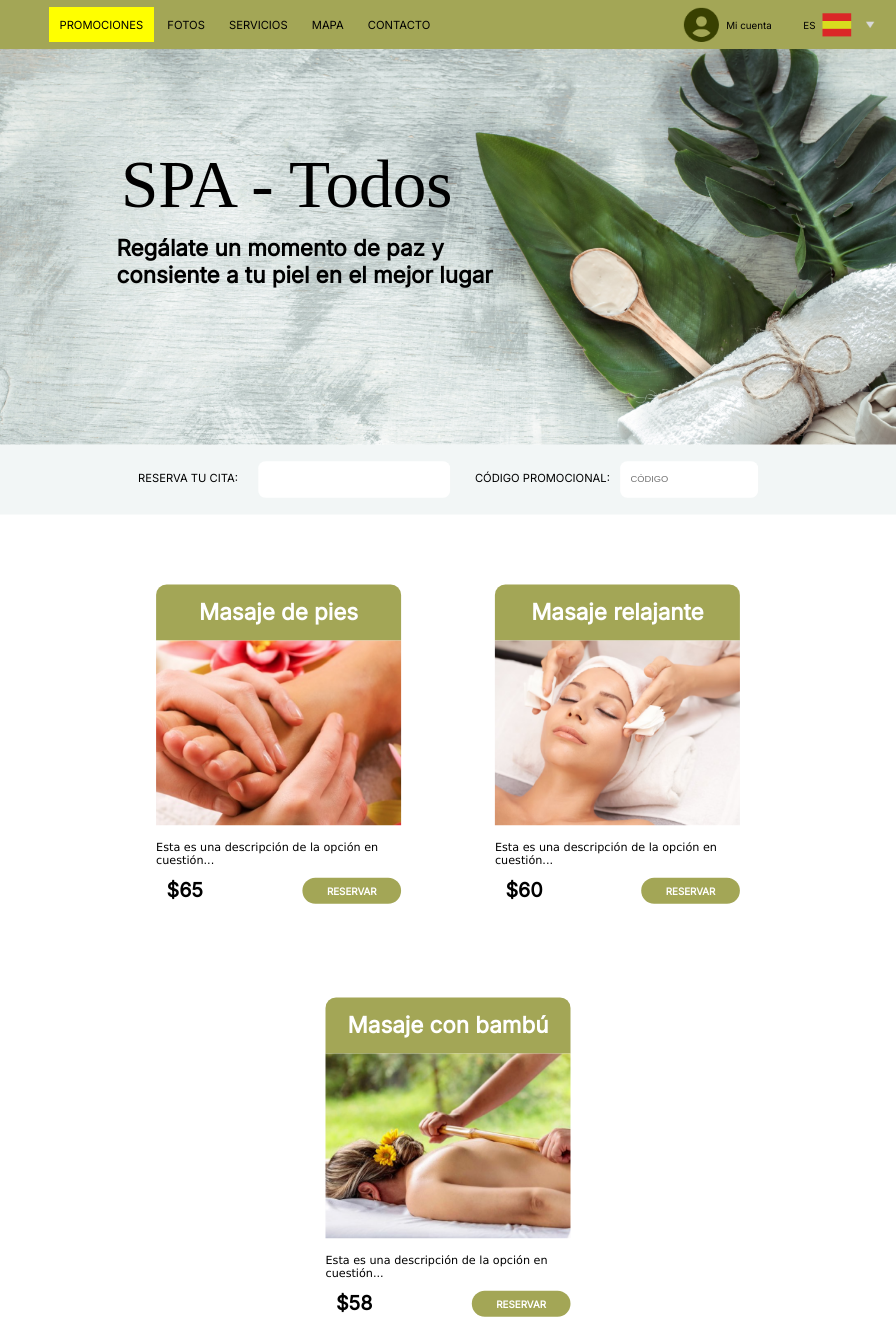
Repository: alexc492/Spa
Page: index.html
An editor plug-in stored every save of this project. The page is shown before and after the next save, followed by the edit.
The browser window is 1280 px wide. The pictures show the part of the page from y = 0 to 1920 px (the page is 2844 px tall), at 70% of full size.
The pointer rests on the first visible `nav ul li`.
Some web fonts or font styles are not loaded; a fallback is used.

Above is the page before, as saved 2025-05-27 04:07:20.

After the next save:
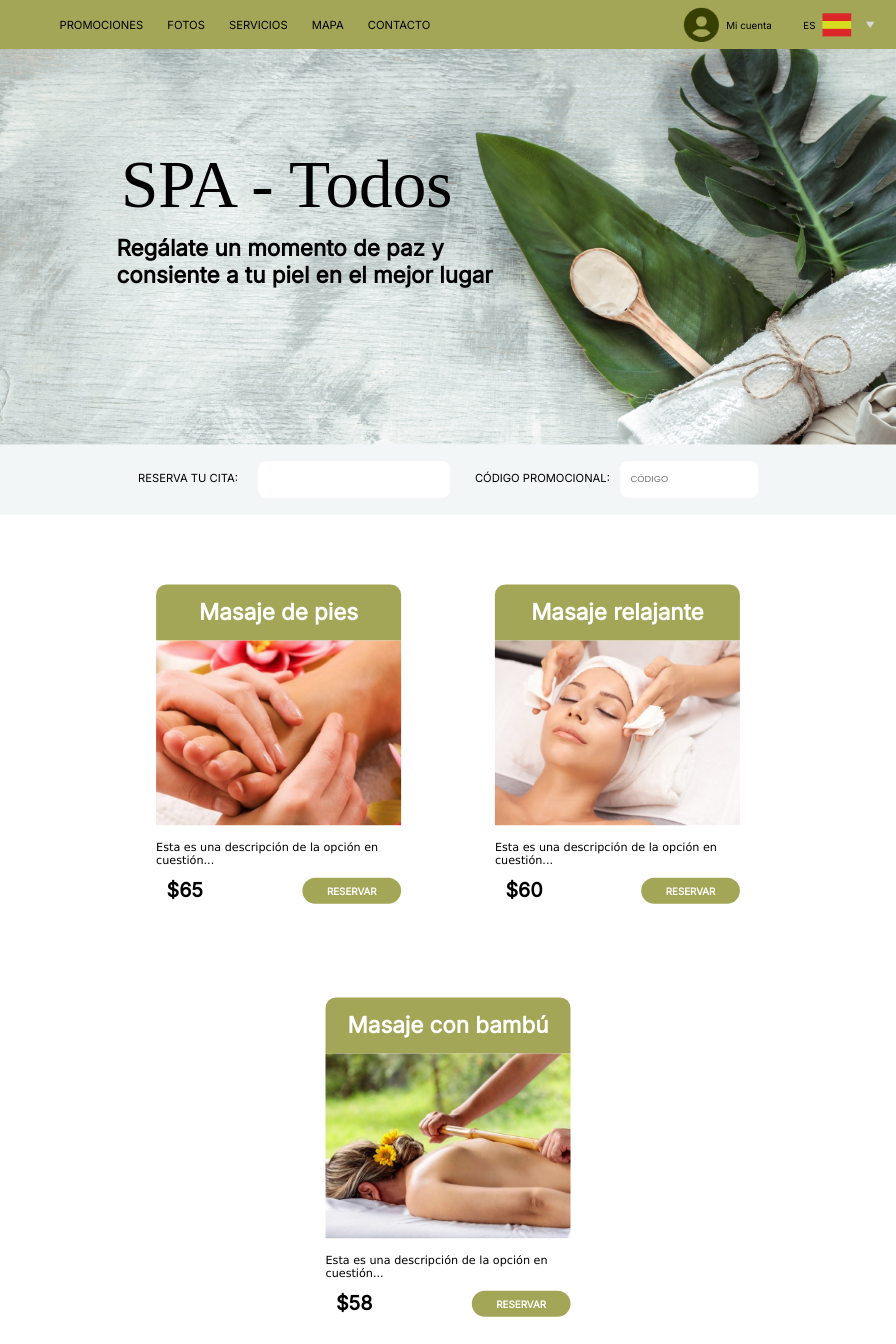
Saved 5 days later.
--- a/styleSpa.css
+++ b/styleSpa.css
@@ -32,7 +32,7 @@ nav ul li{
     text-transform: uppercase;
 }
 nav ul li:hover{
-    background-color: #FFFF00;
+    backgroundcolor: #FFFF00;
 }
 
 nav .derecha{
